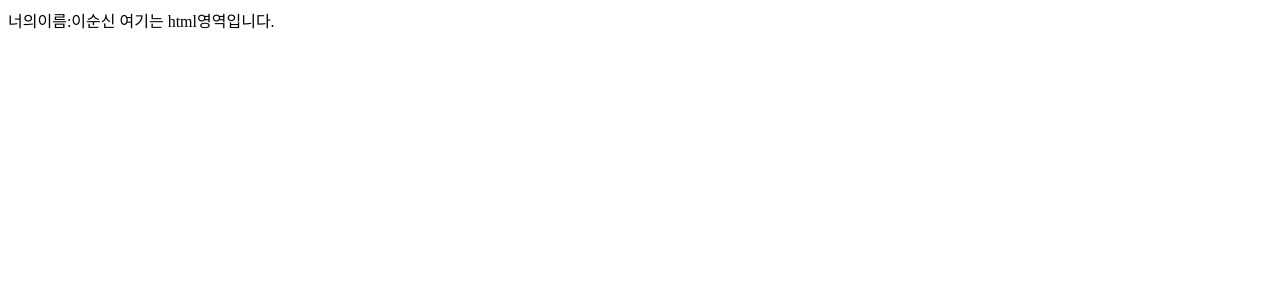
Repository: ikobean/ikoebean
Page: http://localhost/dev_jsp/ch3/memberList.jsp
An editor plug-in stored every save of this project. The page is shown before and after the next save, followed by the edit.
The browser window is 1280 px wide. The pictures show the whole page.
The page is served by Tomcat 9. Other server files are loaded and not shown.

Above is the page before, as saved 2019-07-15 09:24:47.

### workspace_jsp/dev_jsp/WebContent/ch3/memberList.jsp
<%@ page language="java" contentType="text/html; charset=UTF-8"
    pageEncoding="UTF-8"%>
<%
/*스크립틀릿
	이 페이지는 dev_jsp폴더 밑에 ch3 밑에 있다.
	이것을 요청하면 톰캣 서버는 자신이 바라보는 경로에서 해당 페이지를 찾음.
	XXX_jsp.java로 변환 -> xxx_jps.class 파일로 변환 (==컴파일을 함) -> 실행  -> 태그생성  ->
	생성된 태그와 아래 태그들을 개인 컴퓨터에 다운로드
	사용자의 브라우저를 통해서 출력
	실행순서 - 스크립틀릿이 먼저.
*/
	String name = "이순신";
	out.print("너의이름:"+name);
%>
<!DOCTYPE html>
<html>
<head>
<meta charset="UTF-8">
<title>Insert title here</title>
<script type="text/javascript">
	var s_name = '김유신';

	s_name = '<%=name%>';
</script>
</head>
<body>
여기는 html영역입니다.
<div id='d_msg'></div>
</body>
</html>

After the next save:
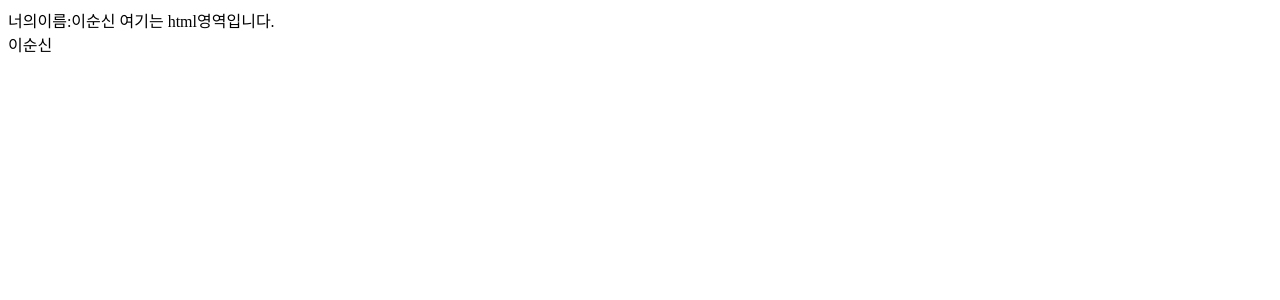
Saved 55 s later.
--- a/workspace_jsp/dev_jsp/WebContent/ch3/memberList.jsp
+++ b/workspace_jsp/dev_jsp/WebContent/ch3/memberList.jsp
@@ -26,5 +26,8 @@
 <body>
 여기는 html영역입니다.
 <div id='d_msg'></div>
+<script type="text/javascript">
+	document.getElementById("d_msg").innerHTML=s_name;
+</script>
 </body>
 </html>
